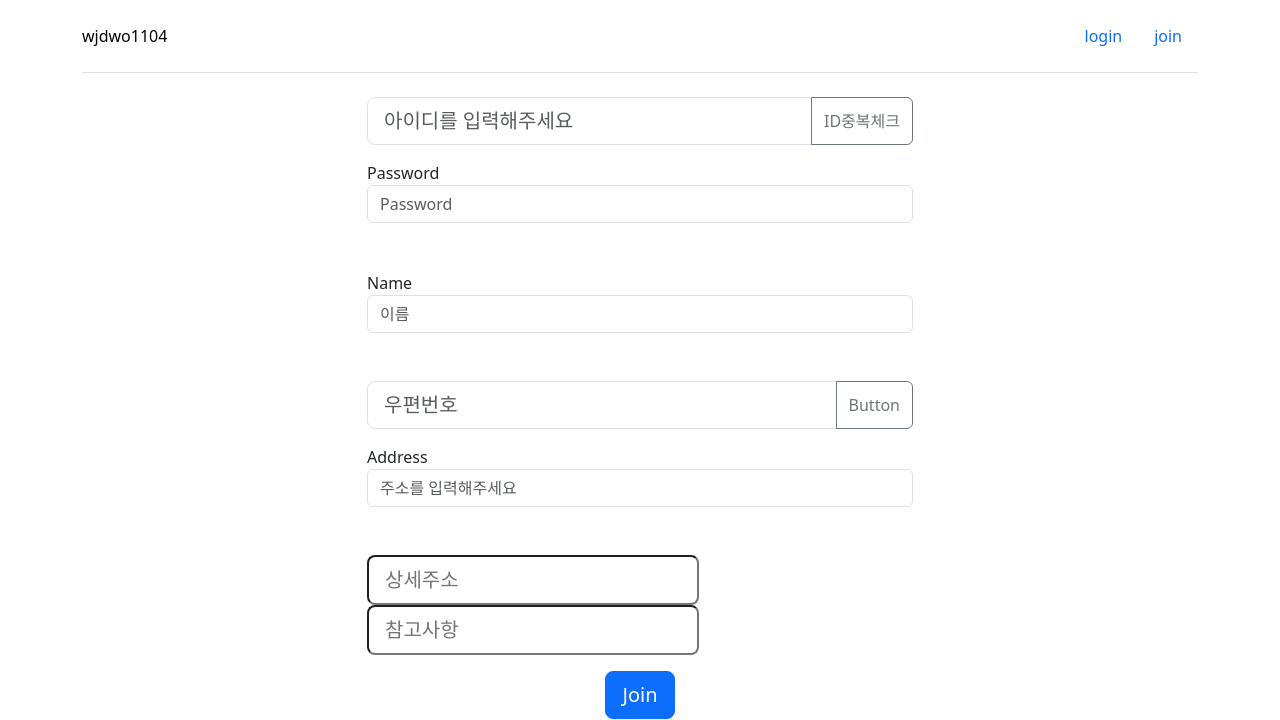
Repository: gain00/lecture1
Page: http://localhost/db-connect/join-form.jsp
The author's editor kept a copy of each file at every save. The page is drawn from the files as they stood at one save, then again after the next save.
The browser window is 1280 px wide. The pictures show the whole page.
The page is served by Tomcat 9.

Above is the page before, as saved 2023-06-08 05:15:20.

After the next save:
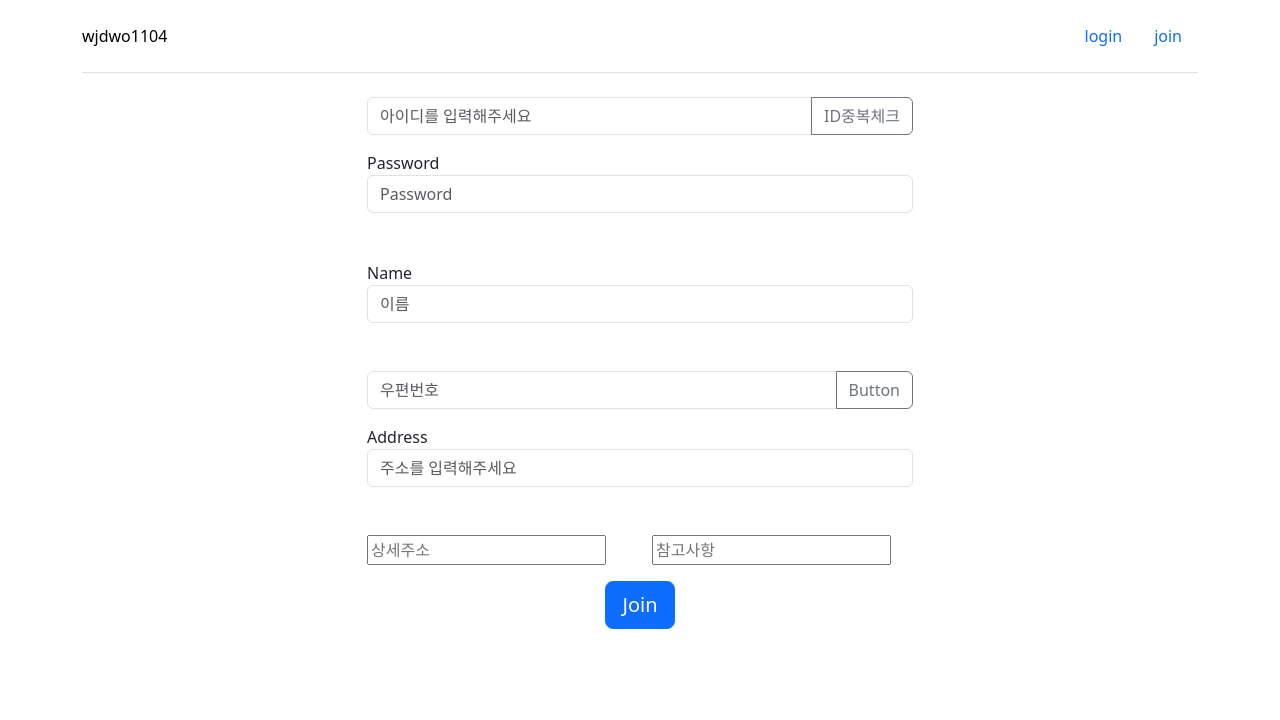
Saved 74 s later.
--- a/db-connect/src/main/webapp/join-form.jsp
+++ b/db-connect/src/main/webapp/join-form.jsp
@@ -6,7 +6,7 @@
     <div class="row justify-content-center">
       <div class="col-6">
         <div class="input-group mb-3">
-          <input type="text" class="form-control form-control-lg userId" placeholder="아이디를 입력해주세요" id="floatingInput" name="userId" />
+          <input type="text" class="form-control" placeholder="아이디를 입력해주세요" id="floatingInput" name="userId" />
           <button class="btn btn-outline-secondary" type="button" id="btnIdCheck">ID중복체크</button>
         </div>
 
@@ -20,7 +20,7 @@
         </div>
 
         <div class="input-group mb-3">
-          <input type="text" class="form-control form-control-lg" placeholder="우편번호" id="zonecode" name="zonecode" readonly />
+          <input type="text" class="form-control" placeholder="우편번호" id="zonecode" name="zonecode" readonly />
           <button class="btn btn-outline-secondary" type="button" id="button-addon2" onclick="searchZonecode()">Button</button>
         </div>
 
@@ -31,10 +31,10 @@
         </div>
         <div class="row mb-3">
           <div class="col">
-            <input type="text" class="form-control-lg detailAddress" placeholder="상세주소" aria-label="First name" name="detailAddress" />
+            <input type="text" class="detailAddress" placeholder="상세주소" aria-label="First name" name="detailAddress" />
           </div>
           <div class="col">
-            <input type="text" class="form-control-lg extraAddress" placeholder="참고사항" aria-label="Last name" name="extraAddress" />
+            <input type="text" class="extraAddress" placeholder="참고사항" aria-label="Last name" name="extraAddress" />
           </div>
         </div>
 
